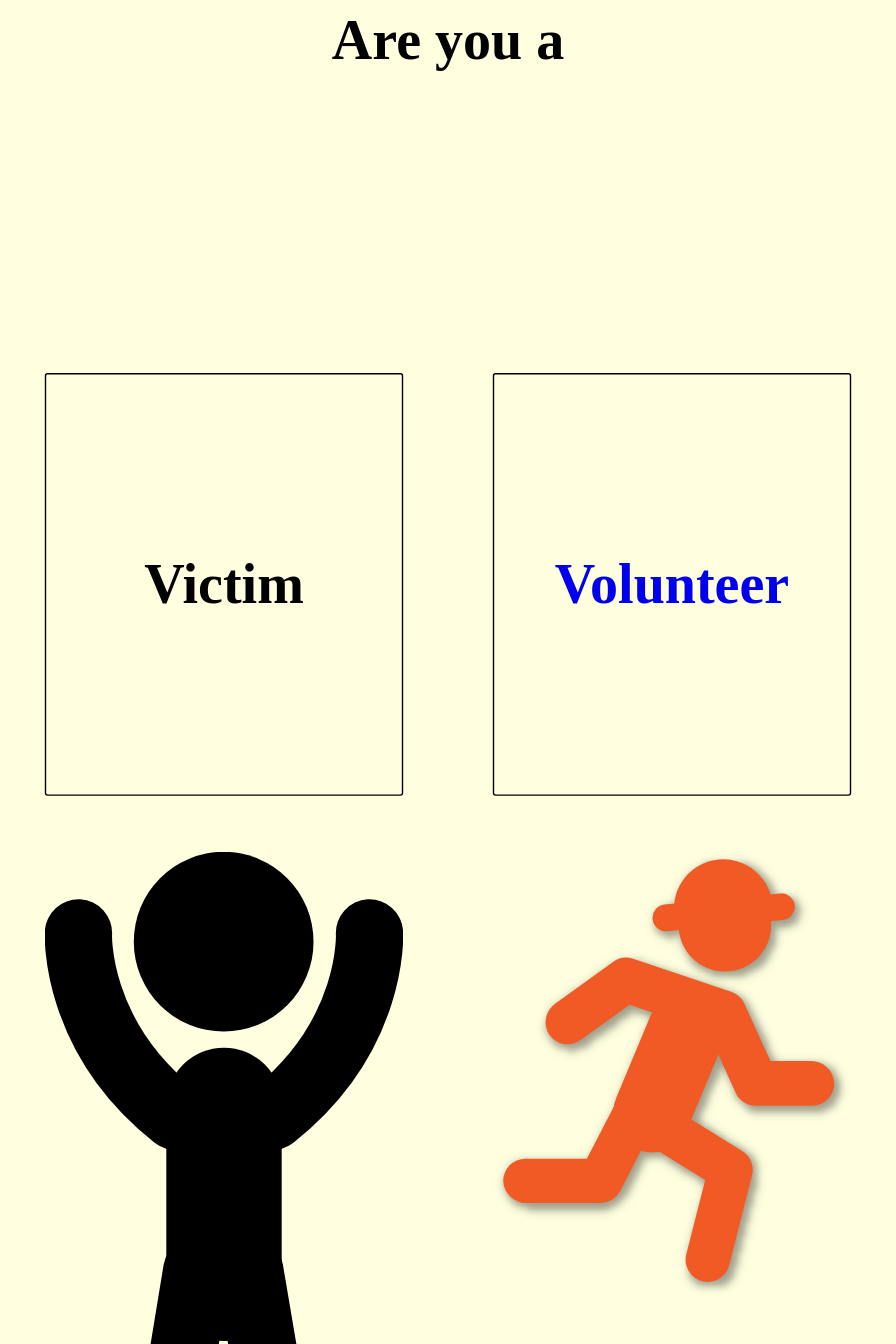
Repository: KittichoteKamalapirat/EMS-management-system
Page: http://localhost/
The author's editor kept a record of every edit. The page is drawn from the files as they stood at one moment, then again after the next edit.
The browser window is 1280 px wide. The pictures show the part of the page from y = 367 to 2287 px (the page is 2649 px tall before and 2365 px after), at 70% of full size.
Some web libraries are served in a nearby version. The page is served by the project's Node server (server.js).

Above is the page before.
Console error: ReferenceError: $ is not defined

After the next edit:
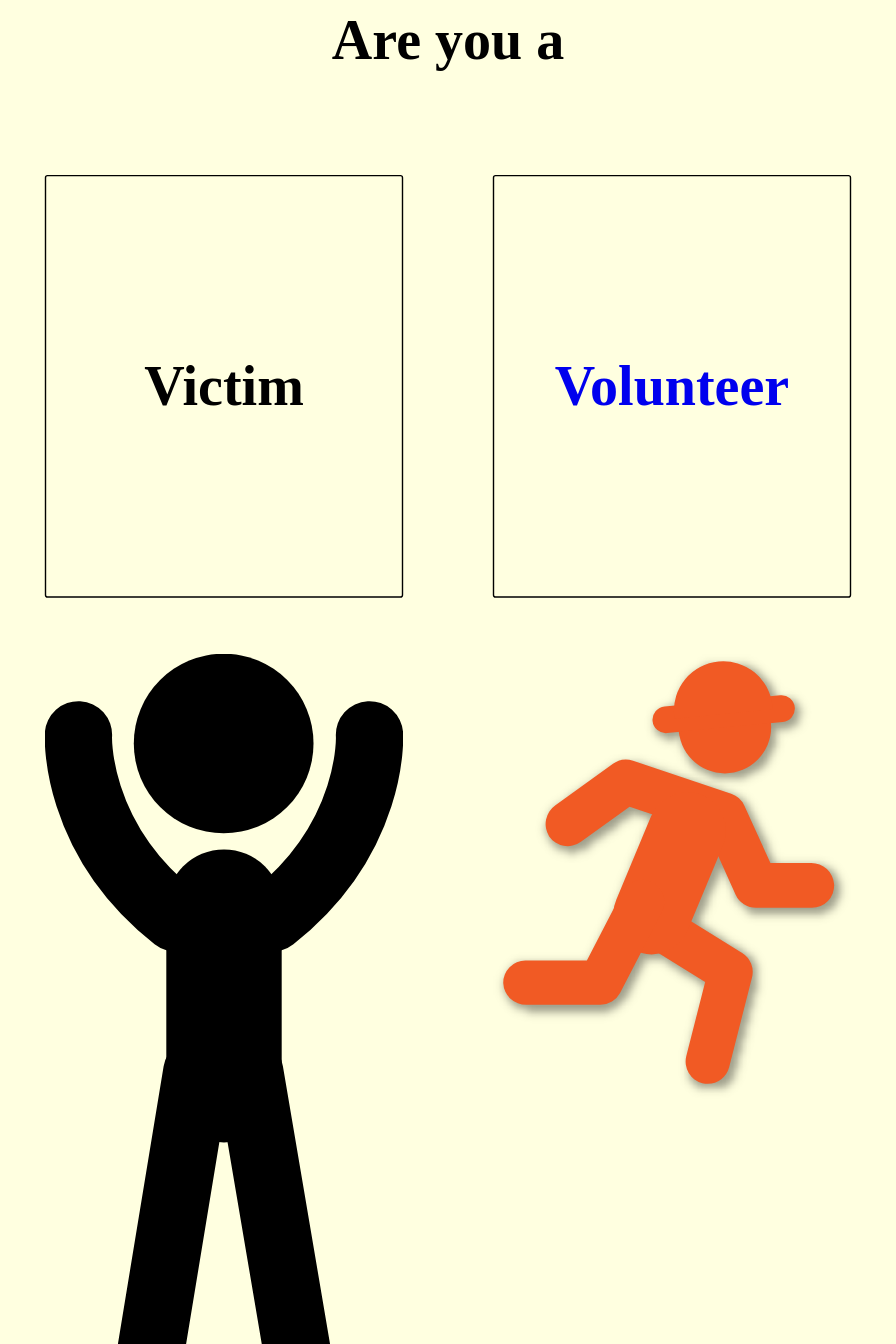
The edit:
--- a/public/css/index.css
+++ b/public/css/index.css
@@ -57,7 +57,7 @@
   gackgroud: #E9967A;
 }
 .splet-boxes {
-  margin-top: 350px;
+  margin-top: 40px;
 }
 
 .left-box {
